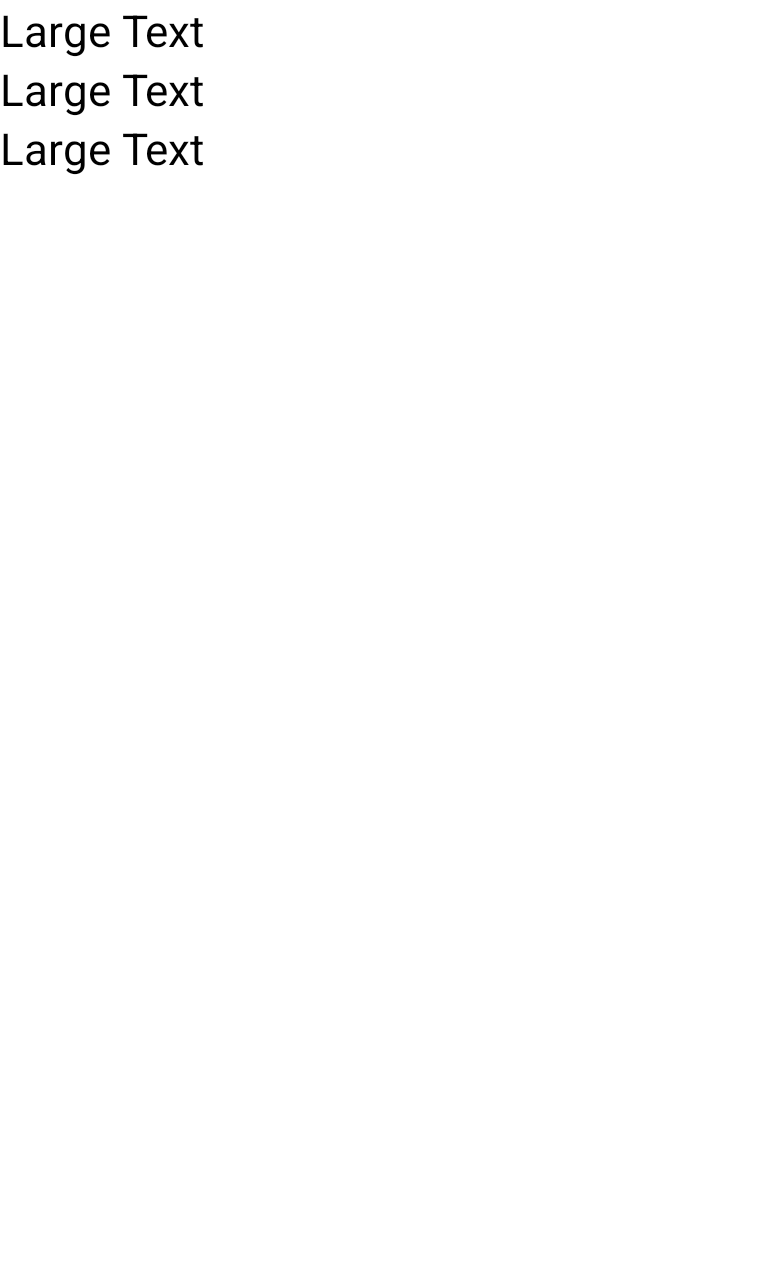
Repository: isitso/android_class
Layout: GPSApp/res/layout/main.xml
These files come from the project's save history. The layout is drawn as it stood at one moment and after the next save; the edit follows.
It is drawn on a 768 x 1280 px phone screen (xhdpi) without system bars, with theme AppTheme; the app's code is not run.

Above is the layout before, as saved 2014-04-29 19:00:06.

After the next save:
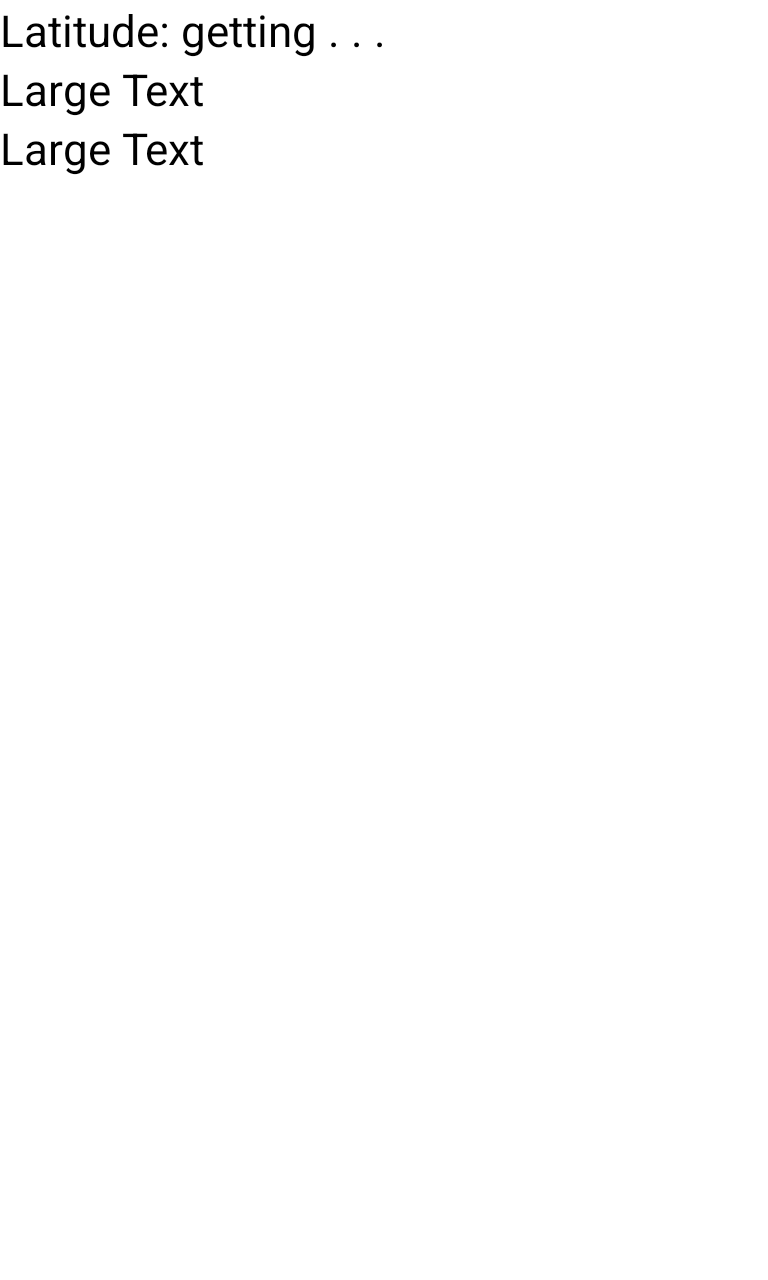
Saved 47 s later.
--- a/GPSApp/res/layout/main.xml
+++ b/GPSApp/res/layout/main.xml
@@ -4,12 +4,12 @@
     android:layout_height="fill_parent" >
 
     <TextView
-        android:id="@+id/textView1"
+        android:id="@+id/latView"
         android:layout_width="wrap_content"
         android:layout_height="wrap_content"
         android:layout_alignParentLeft="true"
         android:layout_alignParentTop="true"
-        android:text="Large Text"
+        android:text="Latitude: getting . . . "
         android:textAppearance="?android:attr/textAppearanceLarge" />
 
     <TextView
@@ -17,7 +17,7 @@
         android:layout_width="wrap_content"
         android:layout_height="wrap_content"
         android:layout_alignParentLeft="true"
-        android:layout_below="@+id/textView1"
+        android:layout_below="@+id/latView"
         android:text="Large Text"
         android:textAppearance="?android:attr/textAppearanceLarge" />
 
